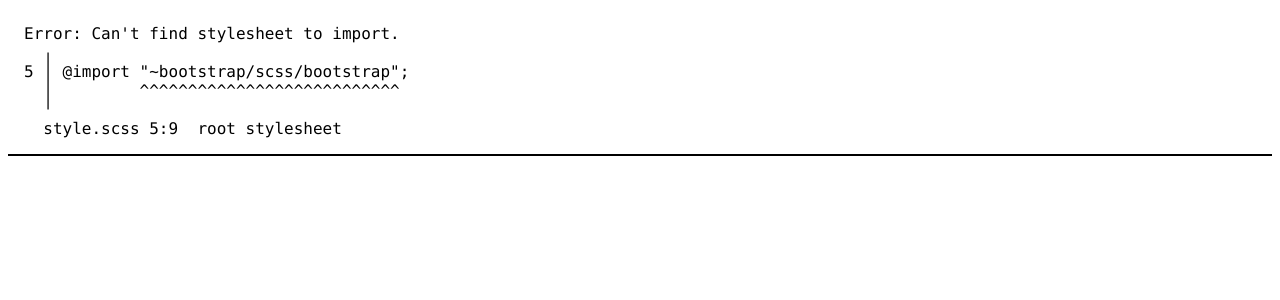
Repository: AngelPalaciosN/GeoEx-colombia
Page: /Inicio (app in geoex-colombia/)
These files come from the project's save history. The page is drawn as it stood at one moment and after the next save; the edit follows.
The browser window is 1280 px wide. The pictures show the whole page.
The project was rebuilt for these pictures with package versions that can differ from the ones it lists, and the page was loaded fresh each time.

Above is the page before, as saved 2024-10-09 20:35:54.

After the next save:
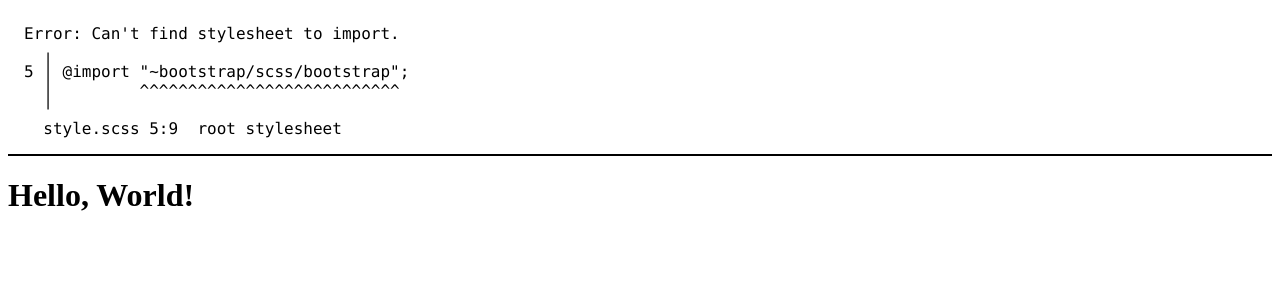
Saved 12 s later.
--- a/geoex-colombia/src/App.js
+++ b/geoex-colombia/src/App.js
@@ -3,7 +3,7 @@
 function App() {
   return (
     <div>
-      {/* Tu contenido aquí */}
+      <h1>Hello, World!</h1>
     </div>
   );
 }
